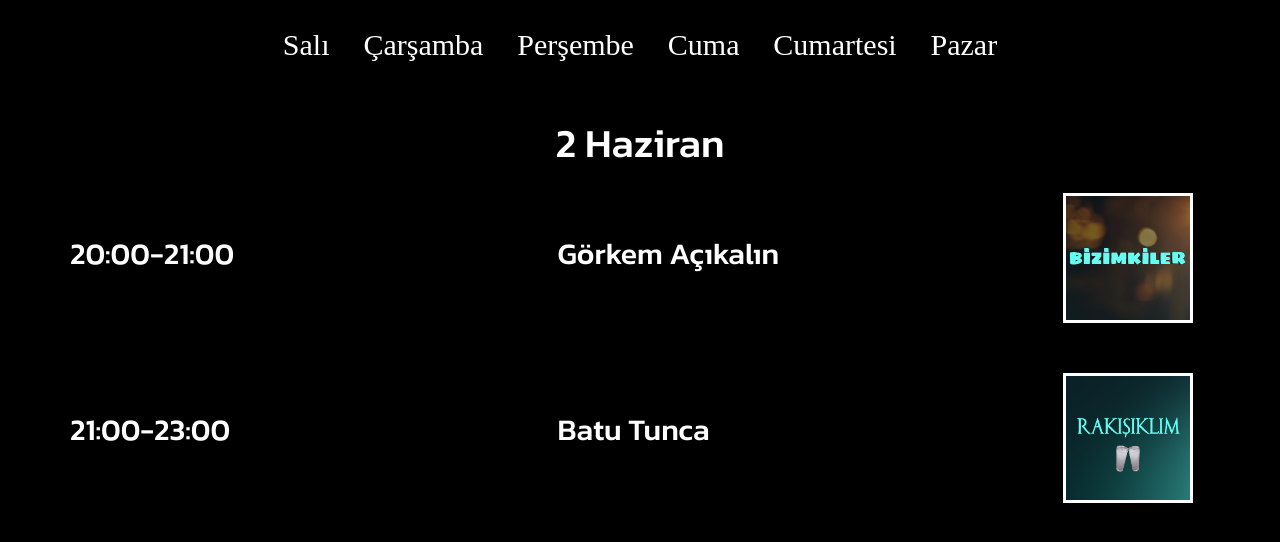
Repository: kaanistemi/program
Page: index.html
The author's editor kept a record of every edit. The page is drawn from the files as they stood at one moment, then again after the next edit.
The browser window is 1280 px wide. The pictures show the whole page.

Above is the page before.

### index.html
<!DOCTYPE html>
<html lang="en">

<head>
    <title>Bootstrap Example</title>
    <meta charset="utf-8">
    <meta name="viewport" content="width=device-width, initial-scale=1">
    <link href="https://fonts.googleapis.com/css2?family=Kanit:wght@500&display=swap" rel="stylesheet">
    <link rel="stylesheet" href="https://maxcdn.bootstrapcdn.com/bootstrap/3.4.1/css/bootstrap.min.css">
    <script src="https://ajax.googleapis.com/ajax/libs/jquery/3.5.1/jquery.min.js"></script>
    <script src="https://maxcdn.bootstrapcdn.com/bootstrap/3.4.1/js/bootstrap.min.js"></script>
    <link rel="stylesheet" type="text/css" href="assets/css/style.css">
</head>


<body>


    <div class="container">

        <ul class="nav navbar-nav navbar-collapse navbar-light-2 tabsBtn">
            <li class="active"><a data-toggle="pill" href="#home" class="gunler">Salı</a></li>
            <li><a data-toggle="pill" href="#menu2" class="gunler">Çarşamba</a></li>
            <li><a data-toggle="pill" href="#menu3" class="gunler">Perşembe</a></li>
            <li><a data-toggle="pill" href="#menu4" class="gunler">Cuma</a></li>
            <li><a data-toggle="pill" href="#menu5" class="gunler">Cumartesi</a></li>
            <li><a data-toggle="pill" href="#menu6" class="gunler">Pazar</a></li>
        </ul>
    </div>

    <div class="tab-content">
        <div id="home" class="tab-pane fade in active mt-5">
            <div class="container">
                <div class="row">
                    <h2 class="event-baslik">
                        <center>2 Haziran</h2>
                    </center>

                    <div class="col-md-5">
                        <p>20:00-21:00</p>
                    </div>
                    <div class="col-md-5">
                        <p>Görkem Açıkalın</p>
                    </div>
                    <div class="col-md-2">
                        <center><img src=assets/images/100x100gorkembzmklr.png alt="Istanbul1" class="rounded-circle" height=130 width=130></center>
                    </div>

                </div>
            </div>
            <div class="container">
                <div class="row">
                    <h3>

                        </center>
                        <div class="col-md-5">
                            <p>21:00-23:00</p>
                        </div>
                        <div class="col-md-5">
                            <p>Batu Tunca</p>
                        </div>
                        <div class="col-md-2">
                            <center><img src=assets/images/Rakisiklim_100x100.png alt="Istanbul1" class="rounded-circle" height=130 width=130></center>
                        </div>
                </div>
            </div>
        </div>
        <div id="menu2" class="tab-pane fade">
            <div class="container">
                <div class="row">
                    <h2 class="event-baslik">
                        <center>3 Haziran</h2>
                    </center>

                    <div class="col-md-5">
                        <p>20:00-21:00</p>
                    </div>
                    <div class="col-md-5">
                        <p>Görkem Açıkalın</p>
                    </div>
                    <div class="col-md-2">
                        <center><img src=assets/images/FunkySoul_100x100.png alt="Istanbul1" class="rounded-circle" height=130 width=130></center>
                    </div>

                </div>
            </div>
            <div class="container">
                <div class="row">
                    <h3>

                        </center>
                        <div class="col-md-5">
                            <p>21:00-22:00</p>
                        </div>
                        <div class="col-md-5">
                            <p>Arda Önkol</p>
                        </div>
                        <div class="col-md-2">
                            <center><img src=assets/images/Southern_Pipeline_100x100.png alt="Istanbul1" class="rounded-circle" height=130 width=130></center>
                        </div>
                </div>
            </div>

            <div class="container">
                <div class="row">
                    <h3>

                        </center>
                        <div class="col-md-5">
                            <p>22:00-23:00</p>
                        </div>
                        <div class="col-md-5">
                            <p>Kıvanç Hasançebi</p>
                        </div>
                        <div class="col-md-2">
                            <center><img src=assets/images/T_Rap_100X100.png alt="Istanbul1" class="rounded-circle" height=130 width=130></center>
                        </div>
                </div>
            </div>


        </div>
        <div id="menu3" class="tab-pane fade">
            <div class="container">
                <div class="row">
                    <h2 class="event-baslik">
                        <center>4 Haziran</h2>
                    </center>

                    <div class="col-md-5">
                        <p>20:00-21:00</p>
                    </div>
                    <div class="col-md-5">
                        <p>Ece Misirli</p>
                    </div>
                    <div class="col-md-2">
                        <center><img src=assets/images/FunkySoul_100x100.png alt="Istanbul1" class="rounded-circle" height=130 width=130></center>
                    </div>

                </div>
            </div>
            <div class="container">
                <div class="row">
                    <h3>

                        </center>
                        <div class="col-md-5">
                            <p>21:00-22:00</p>
                        </div>
                        <div class="col-md-5">
                            <p>Kıvanç Hasançebi</p>
                        </div>
                        <div class="col-md-2">
                            <center><img src=assets/images/chilli_boom_Program_100x100.png alt="Istanbul1" class="rounded-circle" height=130 width=130></center>
                        </div>
                </div>
            </div>

            <div class="container">
                <div class="row">
                    <h3>

                        </center>
                        <div class="col-md-5">
                            <p>22:00-23:00</p>
                        </div>
                        <div class="col-md-5">
                            <p>Mertcan Özer</p>
                        </div>
                        <div class="col-md-2">
                            <center><img src=assets/images/Serial_Chiller_100x100.png alt="Istanbul1" class="rounded-circle" height=130 width=130></center>
                        </div>
                </div>
            </div>

        </div>

        <div id="menu4" class="tab-pane fade">
            <div class="container">
                <div class="row">
                    <h2 class="event-baslik">
                        <center>5 Haziran</h2>
                    </center>

                    <div class="col-md-5">
                        <p>21:00-22:00</p>
                    </div>
                    <div class="col-md-5">
                        <p>Arınç Demirtaş</p>
                    </div>
                    <div class="col-md-2">
                        <center><img src=assets/images/mcrowave100.png alt="Istanbul1" class="rounded-circle" height=130 width=130></center>
                    </div>

                </div>
            </div>
            <div class="container">
                <div class="row">
                    <h3>

                        </center>
                        <div class="col-md-5">
                            <p>22:00-23:00</p>
                        </div>
                        <div class="col-md-5">
                            <p>Gökhan Altunkaya</p>
                        </div>
                        <div class="col-md-2">
                            <center><img src=assets/images/different100.png alt="Istanbul1" class="rounded-circle" height=130 width=130></center>
                        </div>
                </div>
            </div>

            <div class="container">
                <div class="row">
                    <h3>

                        </center>
                        <div class="col-md-5">
                            <p>23:00-00:00</p>
                        </div>
                        <div class="col-md-5">
                            <p>Guest</p>
                        </div>
                        <div class="col-md-2">
                            <center><img src=assets/images/guest_mix_100x100.png alt="Istanbul1" class="rounded-circle" height=130 width=130></center>
                        </div>
                </div>
            </div>
            <div class="container">
                <div class="row">
                  <h3>
                        <div class="col-md-5">
                            <p>00:00-02:00</p>
                        </div>
                        <div class="col-md-5">
                            <p>SİMGE</p>
                        </div>
                        <div class="col-md-2">
                            <center><img src=assets/images/Dark_Basement_100x100.png alt="Istanbul1" class="rounded-circle" height=130 width=130></center>
                        </div>
                </div>
            </div>
        </div>

        <div id="menu5" class="tab-pane fade">
            <div class="container">
                <div class="row">
                    <h2 class="event-baslik">
                        <center>6 Haziran</h2>
                    </center>

                    <div class="col-md-5">
                        <p>21:00-22:00</p>
                    </div>
                    <div class="col-md-5">
                        <p>Arınç Demirtaş</p>
                    </div>
                    <div class="col-md-2">
                        <center><img src=assets/images/mcrowave100.png alt="Istanbul1" class="rounded-circle" height=130 width=130></center>
                    </div>

                </div>
            </div>
            <div class="container">
                <div class="row">
                    <h3>

                        </center>
                        <div class="col-md-5">
                            <p>22:00-23:00</p>
                        </div>
                        <div class="col-md-5">
                            <p>Gökhan Altunkaya</p>
                        </div>
                        <div class="col-md-2">
                            <center><img src=assets/images/different100.png alt="Istanbul1" class="rounded-circle" height=130 width=130></center>
                        </div>
                </div>
            </div>

            <div class="container">
                <div class="row">
                    <h3>

                        </center>
                        <div class="col-md-5">
                            <p>23:00-00:00</p>
                        </div>
                        <div class="col-md-5">
                            <p>Guest</p>
                        </div>
                        <div class="col-md-2">
                            <center><img src=assets/images/guest_mix_100x100.png alt="Istanbul1" class="rounded-circle" height=130 width=130></center>
                        </div>
                </div>
            </div>

            <div class="container">
                <div class="row">
                    <h3>

                        </center>
                        <div class="col-md-5">
                            <p>00:00-02:00</p>
                        </div>
                        <div class="col-md-5">
                            <p>Korcan Atila</p>
                        </div>
                        <div class="col-md-2">
                            <center><img src=assets/images/Dark_Basement_100x100.png alt="Istanbul1" class="rounded-circle" height=130 width=130></center>
                        </div>
                </div>
            </div>
        </div>

        <div id="menu6" class="tab-pane fade">
            <div class="container">
                <div class="row">
                    <h2 class="event-baslik">
                        <center>7 Haziran</h2>
                    </center>

                    <div class="col-md-5">
                        <p>19:00-20:00</p>
                    </div>
                    <div class="col-md-5">
                        <p>Odul</p>
                    </div>
                    <div class="col-md-2">
                        <center><img src=assets/images/FunkySoul_100x100.png alt="Istanbul1" class="rounded-circle" height=130 width=130></center>
                    </div>

                </div>
            </div>


            <div class="container">
                <div class="row">
                    <h3>

                        </center>
                        <div class="col-md-5">
                            <p>20:00-21:00</p>
                        </div>
                        <div class="col-md-5">
                            <p>Kıvanç Hasançebi</p>
                        </div>
                        <div class="col-md-2">
                            <center><img src=assets/images/FunkySoul_100x100.png alt="Istanbul1" class="rounded-circle" height=130 width=130></center>
                        </div>
                </div>
            </div>
            <div class="container">
                <div class="row">
                    <h3>

                        </center>
                        <div class="col-md-5">
                            <p>21:00-23:00</p>
                        </div>
                        <div class="col-md-5">
                            <p>Mertcan Özer</p>
                        </div>
                        <div class="col-md-2">
                            <center><img src=assets/images/pazar_sarkıları_100x100.png alt="Istanbul1" class="rounded-circle" height=130 width=130></center>
                        </div>
                </div>
            </div>
        </div>
    </div>
    <script>
        $(".tabsBtn").on("click",'.gunler', function(){
          $(".tabsBtn .gunler").removeClass("active");
          $(this).addClass("active");

        });
    </script>

</body>

</html>

### assets/css/style.css
body {
    background-color: #000000;
}



.navbar-nav {
    float: none;
    text-align: center;
    margin-right: 100px;
}

.navbar-nav li {
    display: inline-block;
    float: none;

}

.border {
      border-bottom: 3px dashed #66FCF1 ;
      margin-top:50px;


}

.col-md-5 {
    font-size: 30px;
    margin-top: 50px;
    color: #fff;
    font-family: 'Kanit', sans-serif;
}

.event-baslik {
    color: #fff;
}

.rounded-circle {
    margin-top: 10px;
    border: #fff solid 3px;
}

.event-baslik {
    font-size: 40px;
    line-height: 60px;
    font-family: 'Kanit', sans-serif;

}

.gunler {
    font-size: 25px;
    color: #fff;
}

.container {
    margin-top: 20px;
}

.day-blue {
    color: #66FCF1;
    font-size: 30px;
    font-family: 'Kanit', sans-serif;
}

.navbar-light-2 a:hover {

  color: #66FCF1;
  background-color: #000;
}

.navbar-light-2 li a:hover {
  background-color: #000000;
  font-size: 200%;

}

.active{
    background:#000000 !important ;
    color: #66FCF1 !important;

}

@media screen and (min-width: 930px) {
  .col-md-5
  {
   ;
  }
}


@media screen and (max-width: 931px) {
  .col-md-5 {
    text-align: center;
    line-height: 13px;
  }
}

.gunler {
  color: #fff;
  margin: 0 0 3px 0;
  font-family: 'Righteous', cursive;
  font-size: 30px;
}

After the next edit:
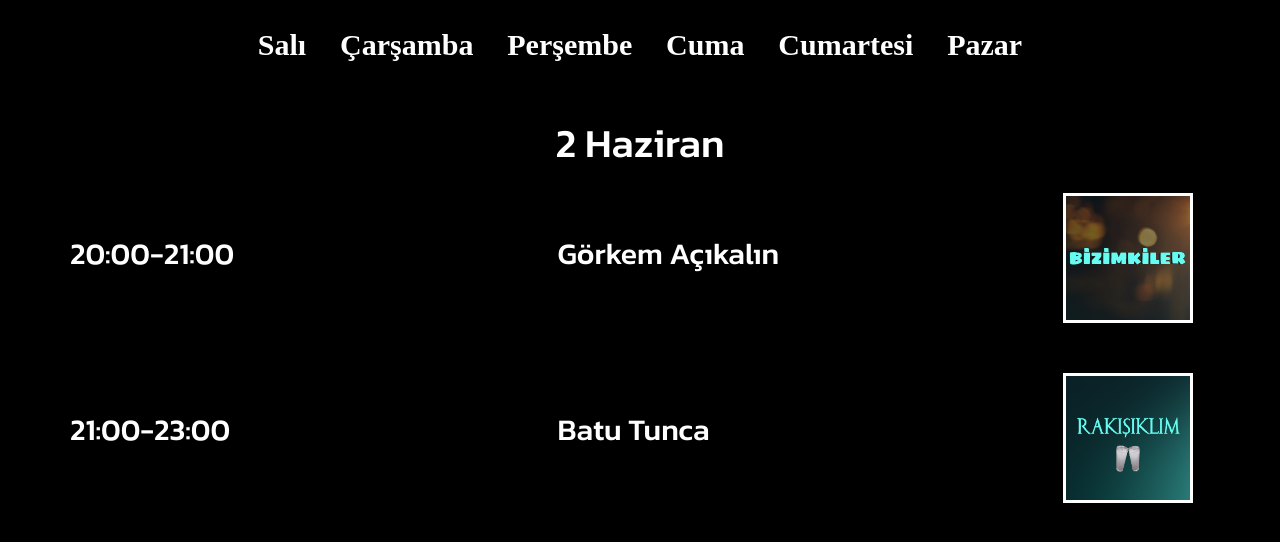
The edit:
--- a/index.html
+++ b/index.html
@@ -19,12 +19,12 @@
     <div class="container">
 
         <ul class="nav navbar-nav navbar-collapse navbar-light-2 tabsBtn">
-            <li class="active"><a data-toggle="pill" href="#home" class="gunler">Salı</a></li>
-            <li><a data-toggle="pill" href="#menu2" class="gunler">Çarşamba</a></li>
-            <li><a data-toggle="pill" href="#menu3" class="gunler">Perşembe</a></li>
-            <li><a data-toggle="pill" href="#menu4" class="gunler">Cuma</a></li>
-            <li><a data-toggle="pill" href="#menu5" class="gunler">Cumartesi</a></li>
-            <li><a data-toggle="pill" href="#menu6" class="gunler">Pazar</a></li>
+            <li class="active"><a data-toggle="pill" href="#home" class="gunler"><strong>Salı</strong></a></li>
+            <li><a data-toggle="pill" href="#menu2" class="gunler"><strong>Çarşamba</strong></a></li>
+            <li><a data-toggle="pill" href="#menu3" class="gunler"><strong>Perşembe</strong></a></li>
+            <li><a data-toggle="pill" href="#menu4" class="gunler"><strong>Cuma</strong></a></li>
+            <li><a data-toggle="pill" href="#menu5" class="gunler"><strong>Cumartesi</strong></a></li>
+            <li><a data-toggle="pill" href="#menu6" class="gunler"><strong>Pazar</strong></a></li>
         </ul>
     </div>
 
